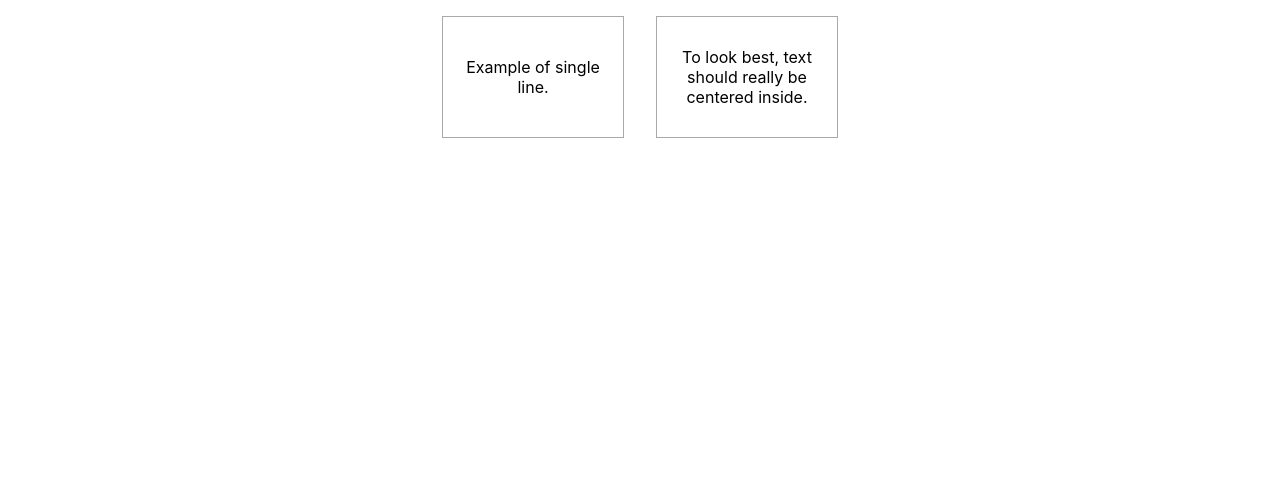
Repository: fdhhhdjd/Redux-Toolkit-CURD-Firebase
Page: /view/1
The author's editor kept a copy of each file at every save. The page is drawn from the files as they stood at one save, then again after the next save.
The browser window is 1280 px wide. The pictures show the whole page.
The project was rebuilt for these pictures with package versions that can differ from the ones it lists, and the page was loaded fresh each time. Also part of the build but not shown: src/Styles/Home.css, src/Component/Home.js, src/Styles/AddEdit.css, src/Component/AddEdit.js.

Above is the page before, as saved 2021-10-24 21:47:49.

### src/index.js
import React from "react";
import ReactDOM from "react-dom";
import "./index.css";
import App from "./App";
import store from "./Redux/Store";
import { Provider } from "react-redux";
import * as serviceWorker from "./serviceWorker";

ReactDOM.render(
  <React.StrictMode>
    <Provider store={store}>
      <App />
    </Provider>
  </React.StrictMode>,
  document.getElementById("root")
);

// If you want your app to work offline and load faster, you can change
// unregister() to register() below. Note this comes with some pitfalls.
// Learn more about service workers: https://bit.ly/CRA-PWA
serviceWorker.unregister();

### src/App.js
import React from "react";
import "./App.css";
import { BrowserRouter, Switch, Route } from "react-router-dom";
import { ToastContainer } from "react-toastify";
import "react-toastify/dist/ReactToastify.css";
import { Home, View, AddEdit } from "./import/Index";
function App() {
  return (
    <>
      <BrowserRouter>
        <div className="App">
          <ToastContainer position="top-center" />
          <Switch>
            <Route exact path="/" component={Home} />
            <Route path="/add" component={AddEdit} />
            <Route path="/update/:id" component={AddEdit} />
            <Route path="/view/:id" component={View} />
          </Switch>
        </div>
      </BrowserRouter>
    </>
  );
}

export default App;

### src/Redux/Store.js
import { configureStore, createStore } from "@reduxjs/toolkit";
import logger from "redux-logger";
import thunk from "redux-thunk";
import { composeWithDevTools } from "redux-devtools-extension";
import ContactReducer from "./ContactSlice";
const middleware = [thunk];
if (process.env.NODE_ENV === "development") {
  middleware.push(logger);
}
const store = configureStore({
  reducer: {
    todos: ContactReducer,
    middleware: [logger],
  },
});

export default store;

### src/import/Index.js
export { default as Home } from "../Component/Home";
export { default as AddEdit } from "../Component/AddEdit";
export { default as View } from "../Component/View";

### src/Redux/ContactSlice.js
import { createSlice, createAsyncThunk } from "@reduxjs/toolkit";
import { v4 as uuidv4 } from "uuid";
import { nanoid } from "nanoid";
const initialState = {
  contacts: [
    {
      id: 1,
      name: "Nguyễn Tiến Tài",
      email: "nguyentientai10@gmai.com",
      phone: "0798805741",
      status: "Active",
    },
    {
      id: 2,
      name: "Nguyễn Hữu Quyền",
      email: "huuquyen2000@gmail.com",
      phone: "09658235656",
      status: "Inactive",
    },
    {
      id: 3,
      name: "Nguyễn Bảo Khang",
      email: "jbaokhangdesigner@gmail.com",
      phone: "0353263452",
      status: "Active",
    },
    {
      id: 4,
      name: "Bùi Huỳnh Quốc Trung	",
      email: "quoctrung@gmail.com",
      phone: "0348561815",
      status: "Inactive",
    },
    {
      id: 5,
      name: "Trần Phi Hoàng",
      email: "phihoang1@gmail.com",
      phone: "0936095986",
      status: "Active",
    },
  ],
  contact: {
    name: "",
    email: "",
    phone: "",
    status: "",
  },
};
const TodoSlice = createSlice({
  name: "todos",
  initialState,
  reducers: {
    getContact: (state, action) => {
      state.contact = state.contacts.find((item) => item.id == action.payload);
    },
    addContact: (state, action) => {
      const newData = { ...action.payload, id: uuidv4() };
      state.contacts = [...state.contacts, newData];
    },
    deleteContact: (state, action) => {
      state.contacts = state.contacts.filter(
        (item) => item.id !== action.payload
      );
    },
    updateContact: (state, action) => {
      state.contacts = state.contacts.map((item) =>
        item.id === action.payload.id ? action.payload : item
      );
    },
  },
});
const ContactReducer = TodoSlice.reducer;
export const { addContact, deleteContact, getContact, updateContact } =
  TodoSlice.actions;
export const GetTodo = (state) => state.todos;
export default ContactReducer;

### src/Component/View.js
import React, { useEffect, useState } from "react";
import { useParams } from "react-router";
import "../Styles/View.css";
import { Link } from "react-router-dom";
import { getContact, GetTodo } from "../Redux/ContactSlice";
import { useDispatch, useSelector } from "react-redux";

const View = () => {
  const [user, setUser] = useState({});
  const { contact } = useSelector(GetTodo);
  const { id } = useParams();
  const dispatch = useDispatch();
  useEffect(() => {
    dispatch(getContact(id));
    setUser({ ...contact });
  }, [id, contact]);

  return (
    <>
      <div class="inline">
        <div class="wrap">
          <p>Example of single line.</p>
        </div>
      </div>

      <div class="inline">
        <div class="wrap">
          <p>To look best, text should really be centered inside.</p>
        </div>
      </div>
    </>
  );
};

export default View;

### src/Styles/View.css
.inline {
  display: inline-block;
  margin: 1em;
}
.wrap {
  display: table;
  height:  100px;
  width:   160px;
  padding: 10px;
  border:  thin solid darkgray;
}
.wrap p {
  display:table-cell;
  vertical-align: middle;
}

Loaded but not shown: public/index.html (common file); src/index.css (common file); src/serviceWorker.js (common file); src/App.css (common file)

After the next save:
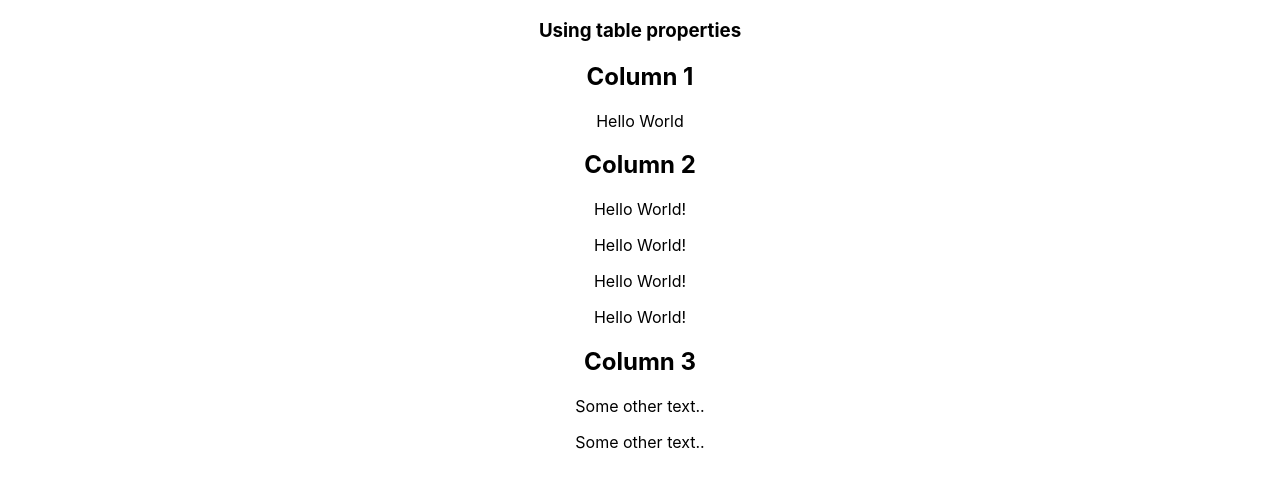
Saved 33 s later.
--- a/src/Component/View.js
+++ b/src/Component/View.js
@@ -17,15 +17,25 @@ const View = () => {
 
   return (
     <>
-      <div class="inline">
-        <div class="wrap">
-          <p>Example of single line.</p>
+      <h3> Using table properties</h3>
+      <div class="col-wrap">
+        <div class="col">
+          <h2>Column 1</h2>
+          <p>Hello World</p>
         </div>
-      </div>
 
-      <div class="inline">
-        <div class="wrap">
-          <p>To look best, text should really be centered inside.</p>
+        <div class="col">
+          <h2>Column 2</h2>
+          <p>Hello World!</p>
+          <p>Hello World!</p>
+          <p>Hello World!</p>
+          <p>Hello World!</p>
+        </div>
+
+        <div class="col">
+          <h2>Column 3</h2>
+          <p>Some other text..</p>
+          <p>Some other text..</p>
         </div>
       </div>
     </>
